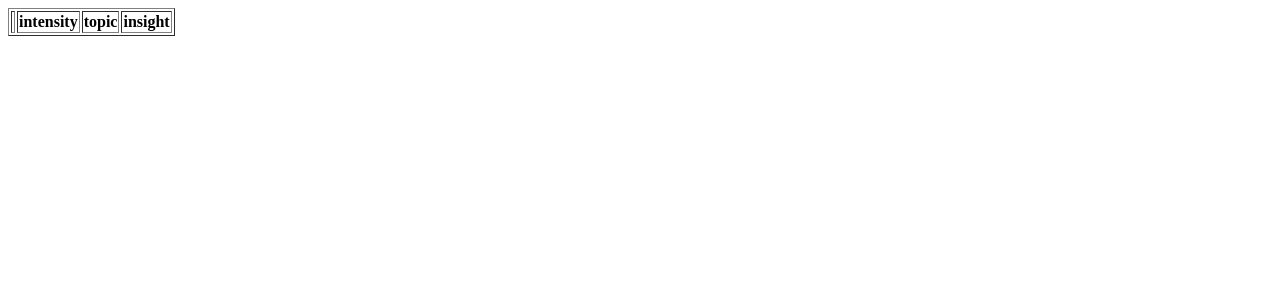
Repository: vijayholve/data-assignment
Page: http://localhost/
The author's editor kept a copy of each file at every save. The page is drawn from the files as they stood at one save, then again after a run of saves.
The browser window is 1280 px wide. The pictures show the whole page.
The page is served by the project's application, run on Django 5.2 (manage.py). Other server files are loaded and not shown. Queries for data that is not in the repository find no rows.

Above is the page before, as saved 2024-07-07 21:14:31.

### templates/base/home.html
<html>
    <body>
     <table border="1">
        <thead>
            <tr>
                <th>{{forloop.counter}}</th>
                <th>intensity</th>
                    <th>topic</th>
                        <th>insight</th>
            </tr>
        </thead>
        <tbody>
     {% for item in data  %}
        <tr>
            <td>{{item.intensity}}</td>
            <td>{{item.topic}}</td>
            <td>{{item.insight}}</td>
        </tr>
    {% endfor %}
        </tbody>
</table>
    </body>
</html>

### app/views.py
from django.shortcuts import render
from .models import DataPoint
def home(request):
    data=DataPoint.objects.all()
    context={"data":data}
    return render(request,"base/home.html",context)

### assignment/urls.py
from django.contrib import admin
from django.urls import path,include

urlpatterns = [
    path('admin/', admin.site.urls),
    path("",include('app.urls')),
]

### app/urls.py
from django.urls import path, include
from . import views

urlpatterns = [
    path("",views.home,name="home"),
]

After the next 4 saves:
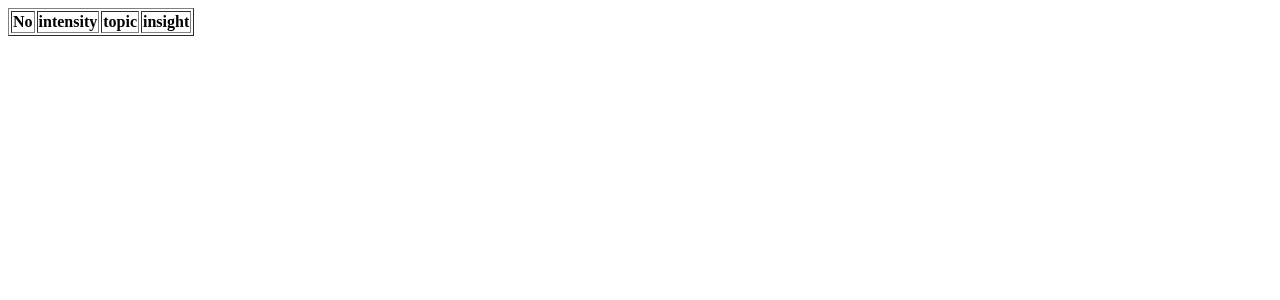
The 4 saves are shown as one change because they came seconds apart.
The last was saved 30 s later.
--- a/templates/base/home.html
+++ b/templates/base/home.html
@@ -3,7 +3,7 @@
      <table border="1">
         <thead>
             <tr>
-                <th>{{forloop.counter}}</th>
+                <th>No</th>
                 <th>intensity</th>
                     <th>topic</th>
                         <th>insight</th>
@@ -12,6 +12,7 @@
         <tbody>
      {% for item in data  %}
         <tr>
+            <td>{{f</td>
             <td>{{item.intensity}}</td>
             <td>{{item.topic}}</td>
             <td>{{item.insight}}</td>
